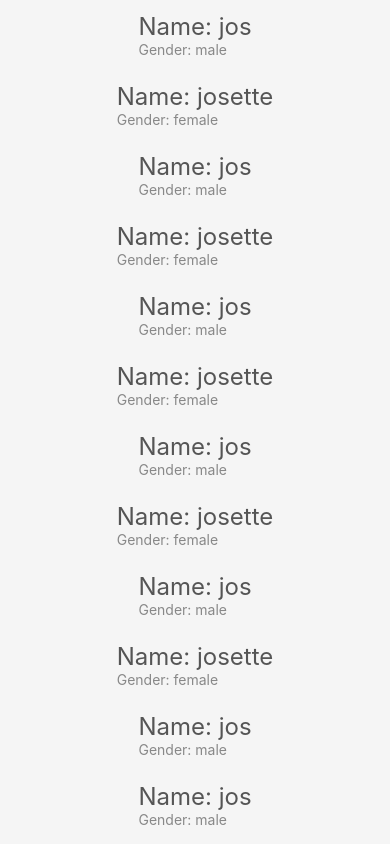
Repository: kfrancois/Bachelorproef-Apps
Screen: / (app in React Native/ListApp/.vscode/)
These files come from the project's save history. The screen is drawn as it stood at one moment and after the next save; the edit follows.
An inner scrolling area shows only its first screen. The app was drawn by React Native's web renderer in a window 390 px wide. The project was rebuilt for these pictures with package versions that can differ from the ones it lists, and the page was loaded fresh each time.

Above is the screen before, as saved 2018-04-23 15:00:49.

### React Native/ListApp/.vscode/App.js
import React, { Component } from 'react';
import MyListView from './src/listView';

// type Props = {};
export default class App extends Component {
  render() {
    return <MyListView />;
  }
}

### React Native/ListApp/.vscode/src/listView.js
import React, { Component } from 'react';
import { View, FlatList, Text, SafeAreaView, StyleSheet } from 'react-native';
import items from './items';
import Row from './row';

export default class MyListView extends Component {
  render() {
    return (
      <SafeAreaView style={{ flex: 1, backgroundColor: 'whitesmoke' }}>
        <FlatList
          style={styles.idk}
          contentContainerStyle={styles.container}
          data={items}
          renderItem={data => {
            return <Row item={data.item} />;
          }}
        />
      </SafeAreaView>
    );
  }
}

const styles = StyleSheet.create({
  idk: {
    flex: 1,
    backgroundColor: 'whitesmoke'
  },
  container: {
    justifyContent: 'center',
    alignItems: 'center'
  },
  item: {
    padding: 10,
    fontSize: 18,
    height: 44
  }
});

### React Native/ListApp/.vscode/src/items.js
const items = [
  { key: '0', name: 'jos', gender: 'male' },
  { key: '1', name: 'josette', gender: 'female' },
  { key: '2', name: 'jos', gender: 'male' },
  { key: '3', name: 'josette', gender: 'female' },
  { key: '4', name: 'jos', gender: 'male' },
  { key: '5', name: 'josette', gender: 'female' },
  { key: '6', name: 'jos', gender: 'male' },
  { key: '7', name: 'josette', gender: 'female' },
  { key: '8', name: 'jos', gender: 'male' },
  { key: '9', name: 'josette', gender: 'female' },
  { key: '10', name: 'jos', gender: 'male' },
  { key: '11', name: 'jos', gender: 'male' },
  { key: '12', name: 'josette', gender: 'female' },
  { key: '13', name: 'jos', gender: 'male' },
  { key: '14', name: 'josette', gender: 'female' },
  { key: '15', name: 'jos', gender: 'male' },
  { key: '16', name: 'josette', gender: 'female' },
  { key: '17', name: 'jos', gender: 'male' },
  { key: '18', name: 'josette', gender: 'female' },
  { key: '19', name: 'jos', gender: 'male' },
  { key: '20', name: 'josette', gender: 'female' },
  { key: '21', name: 'jos', gender: 'male' },
  { key: '22', name: 'josette', gender: 'female' },
  { key: '23', name: 'jos', gender: 'male' },
  { key: '24', name: 'josette', gender: 'female' },
  { key: '25', name: 'jos', gender: 'male' },
  { key: '26', name: 'josette', gender: 'female' },
  { key: '27', name: 'jos', gender: 'male' },
  { key: '28', name: 'josette', gender: 'female' },
  { key: '29', name: 'jos', gender: 'male' },
  { key: '30', name: 'josette', gender: 'female' },
  { key: '31', name: 'jos', gender: 'male' },
  { key: '32', name: 'josette', gender: 'female' },
  { key: '33', name: 'jos', gender: 'male' },
  { key: '34', name: 'josette', gender: 'female' },
  { key: '35', name: 'jos', gender: 'male' },
  { key: '36', name: 'josette', gender: 'female' },
  { key: '37', name: 'jos', gender: 'male' },
  { key: '38', name: 'josette', gender: 'female' },
  { key: '39', name: 'jos', gender: 'male' },
  { key: '40', name: 'josette', gender: 'female' },
  { key: '41', name: 'jos', gender: 'male' },
  { key: '42', name: 'josette', gender: 'female' },
];

export default items;

### React Native/ListApp/.vscode/src/row.js
import React from 'react';
import { View, Text, StyleSheet } from 'react-native';

const styles = StyleSheet.create({
  container: {
    padding: 12,
    flexDirection: 'column'
  },
  rowHeading: {
    fontSize: 24,
    color: '#555'
  },
  rowText: {
    fontSize: 14,
    color: '#888'
  }
});

const Row = props => {
  const item = props.item;
  const { name, gender } = item;
  return (
    <View style={styles.container}>
      <Text style={styles.rowHeading}>Name: {name}</Text>
      <Text style={styles.rowText}>Gender: {gender}</Text>
    </View>
  );
};

export default Row;

After the next save:
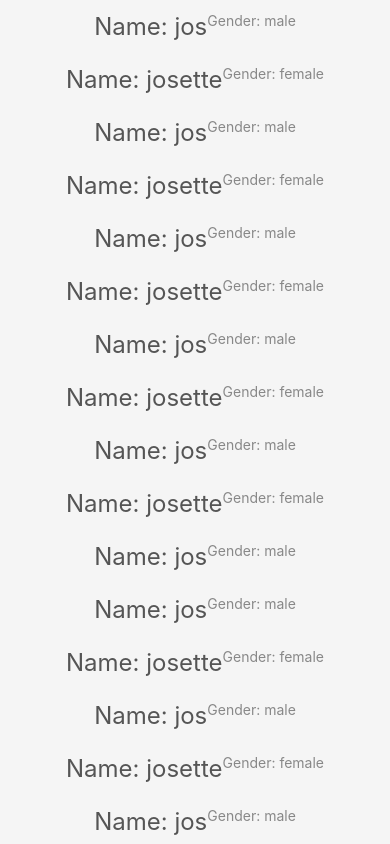
Saved 17 s later.
--- a/React Native/ListApp/.vscode/src/row.js
+++ b/React Native/ListApp/.vscode/src/row.js
@@ -4,7 +4,7 @@ import { View, Text, StyleSheet } from 'react-native';
 const styles = StyleSheet.create({
   container: {
     padding: 12,
-    flexDirection: 'column'
+    flexDirection: 'row'
   },
   rowHeading: {
     fontSize: 24,
